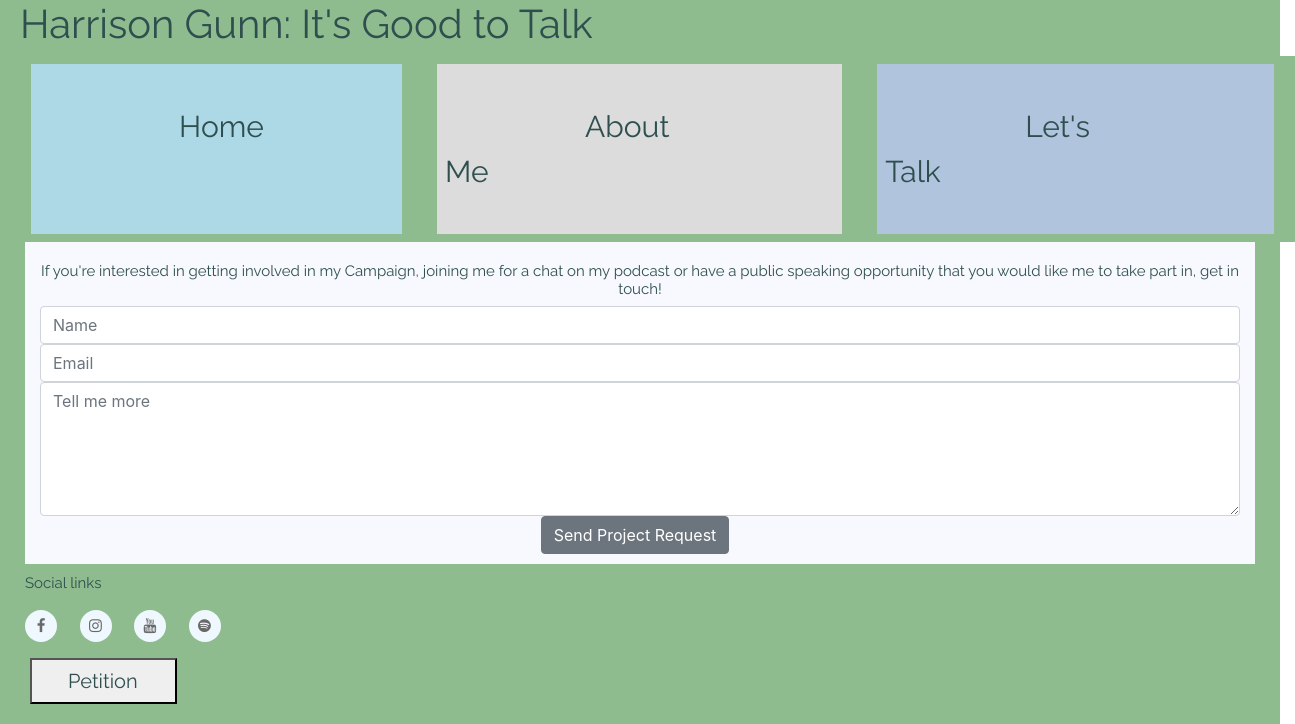
Repository: Leannald13/mile-stone-project-html
Page: contact.html
The author's editor kept a record of every edit. The page is drawn from the files as they stood at one moment, then again after the next edit.
The browser window is 1280 px wide. The page is 1295 px wide, so the pictures cover 1295 px, including what lies to the right of the window. The pictures show the part of the page from y = 500 to 1234 px (the page is 1224 px tall before and 1234 px after).

Above is the page before.

### contact.html
<!DOCTYPE html>
<html lang="en">

<head>
    <meta charset="UTF-8">
    <meta name="viewport" content="width=device-width, initial-scale=1.0">
    <meta http-equiv="X-UA-Compatible" content="ie=edge">
    <link rel="stylesheet" href="https://stackpath.bootstrapcdn.com/bootstrap/4.3.1/css/bootstrap.min.css" type="text/css" />
    <link rel="stylesheet" href="https://cdnjs.cloudflare.com/ajax/libs/hover.css/2.3.1/css/hover-min.css" type="text/css" />
    <link rel="stylesheet" href="https://stackpath.bootstrapcdn.com/font-awesome/4.7.0/css/font-awesome.min.css" type="text/css" />
    <link rel="stylesheet" href="assets/css/style.css" type="text/css" />
    <title>Harrison</title>
</head>

<body>
    <header>
        <div class="row">
            <a href="index.html" class="col-md-12 logo">

            </a>
        </div>

        <div class="container-fluid">
            <div class="row">
                <div class="col-sm-12">
                    <div class="row no-gutters bg-color-name">
                        <div class="col heading">
                            <h1 class="name">Harrison Gunn: It's Good to Talk</h1>
                        </div>
                    </div>
                </div>
                    <nav class="navbar navbar-expand-lg" class="modal" tabindex="-1" role="dialog" id="SignUpModal">
            <button class="navbar-toggler" type="button" data-toggle="collapse" data-target="#navbarSupportedContent" aria-controls="navbarSupportedContent" aria-expanded="false" aria-label="Toggle navigation">
                    <span class="navbar-toggler-icon"></span>
                  </button>
                     <div class="collapse navbar-collapse" id="navbarSupportedContent">
                        <ul class="navbar-nav mr-auto">
                            <li class="nav-item active ui-menu-color-home">
                                <a class="nav-link" href="index.html" class="hvr-Wobble-Horizontal"><span>Home</span></a>
                            </li>
                            <li class="nav-item active ui-menu-color-about">
                                <a class="nav-link" href="general.html" class="hvr-wobble-horizontal"><span>About Me</span></a>
                            </li>
                            <li class="nav-item active ui-menu-color-comments">
                                <a class="nav-link" href="contact.html" class="hvr-wobble-horizontal"><span>Let's Talk</span></a>
                            </li>
                        </ul>
                    </div
                    </nav>
    </header>
    <section class="container-fluid">
        <div class="row bg-color-contact">
            <div class="col">
                <h5 class="uppercase text-center">If you're interested in getting involved in my Campaign, joining me for a chat on my podcast or have a public speaking opportunity that you would like me to take part in, get in touch!</h5>
                <div class="center-form">
                    <form>
                        <form>
                            <input type="text" name="name" id="fullname" class="form-control" placeholder="Name" required/>
                             <input type="email" name="email" id="emailaddress" class="form-control" placeholder="Email" required/>
                             <textarea rows="5" name="summary" id="summary" class="form-control" placeholder="Tell me more" required></textarea>
                            <div class="form-row text-center">
                                <div class="col">
                                    <button type="submit" class="btn btn-secondary">Send Project Request</button>
                                </div>
                            </div>
                        </form>
                    </form>
                </div>
            </div>
        </div>
    <footer>
        <div class="container-fluid">
            <div class="col sm-12">
                <h5 class="uppercase general-sub">Social links</h5>
                <ul class="list-inline social-links">
                    <li class="list-inline-item">
                        <a target="_blank" href="https://www.facebook.com/harrison.gunn.16">
                           <i class="fa fa-facebook" aria-hidden="true"></i>
                           <span class="sr-only">Facebook</span>
                        </a>
                    </li>
                    <li class="list-inline-item">
                        <a target="_blank" href="https://www.instagram.com/harrisongunn_/">
                           <i class="fa fa-instagram" aria-hidden="true"></i>
                           <span class="sr-only">Instagram</span>
                        </a>
                    </li>
                    <li class="list-inline-item">
                        <a target="_blank" href="https://www.youtube.com/channel/UCEPhcVc_ooMeZwhF5X4OEYg">
                           <i class="fa fa-youtube" aria-hidden="true"></i>
                           <span class="sr-only">YouTube</span>
                           </a>
                    </li>
                    <li class="list-inline-item">
                        <a target="_blank" href="spotify:show:1azq4fgMCEafJTPjsGm6tL">
                           <i class="fa fa-spotify" aria-hidden="true"></i>
                           <span class="sr-only">Spotify</span>
                           </a>
                    </li>
            </div>
        </div>
        <button class="list-inline-item-button">
          <a class="navbar-brand" href="https://petition.parliament.uk/petitions/260373">Petition</a>
                        </button>
    </footer>
</body>

</html>

### assets/css/style.css
@import url('https://fonts.googleapis.com/css?family=Raleway&display=swap');


/* -------------------------------------------------------------Heading */

.logo {
    background: url("../images/haribo.jpg");
    background-position: center;
    background-repeat: no-repeat;
    background-size: cover;
    width: 100%;
    height: 500px;
    transition: all .5s;
    display: block;
}

.heading {
    background-color: #8fbc8f !important;
    width: 100%;

}


.bg-color-name {
    font-family: "Raleway", sans-serif;
    color: #2f4f4f;
    text-align: left;
    font-weight: 100;
    width: 100%;

}

.name {
    font-size: 40px;
    padding-left: 20px;
}

/* -------------------------------------------------------------nav bar */


.text-center {
    width: 100%;
}

.container-fluid {
    padding: 0;
    margin: 0;
    width: 100%;
    background-color: #8fbc8f;
}

.nav-link {
    font-size: 30px;
    color: #2f4f4f;
    padding: 40px;

}

.nav-link span {
    padding: 130px;
    text-align: center;
    margin-left: 10px;
}

.nav-item {
    margin-left: 30px;
}


.ui-menu-color-home {
    background-color: #ADD8E6;
    margin-right: 5px;
    font-family: "Raleway", sans-serif;
    color: #2f4f4f;
}

.ui-menu-color-about {
    background-color: #DCDCDC;
    margin-right: 5px;
     font-family: "Raleway", sans-serif;
    color: #2f4f4f;
}

.ui-menu-color-comments {
    background-color: #B0C4DE;
    margin-right: 5px;
    font-family: "Raleway", sans-serif;
    color: #2f4f4f;
}

.navbar-brand {
    padding-left: 30px;
    padding-right: 15px;
    font-family: "Raleway", sans-serif;
    color: #2f4f4f !important;
}


.navbar {
    background-color: #8fbc8f !important;

}



/* -------------------------------------------------------------Section Contact.html */

h5 {
    color: #2f4f4f;
    font-family: "Raleway", sans-serif;
    font-size: 15px;
    font-weight: 400;
    padding-top: 5px;

}

.bg-color-contact {
    background-color: #F8F8FF;
    padding-top: 15px;
    padding-bottom: 10px;
    margin-left: 25px;
    margin-right: 25px;
}

/* -------------------------------------------------------------Section General.html */

/* -------------------------------------------------------------Footer */

footer {
    background-color: #8fbc8f;
    padding-bottom: 20px;
    width: 100%;

}

.social-links li a i {
    width: 32px;
    height: 32px;
    padding-top: 12px;
    border-radius: 50%;
    font-size: 15px;
    line-height: 7px;
    text-align: center;
    color: #696969 !important;
    background: #f0f8ff;
    background-position: center;
    transition: all 0.35s ease-in-out;
}

.general-sub {
    padding-top: 10px;
    color: #2f4f4f;
    padding-left: 10px;
    padding-bottom: 10px;
}

.list-inline-item {
    padding-left: 10px;
}

.fa fa-facebook {
    padding-left: 5px;
}

.list-inline-item-button {
    margin-left: 30px;
}

After the next edit:
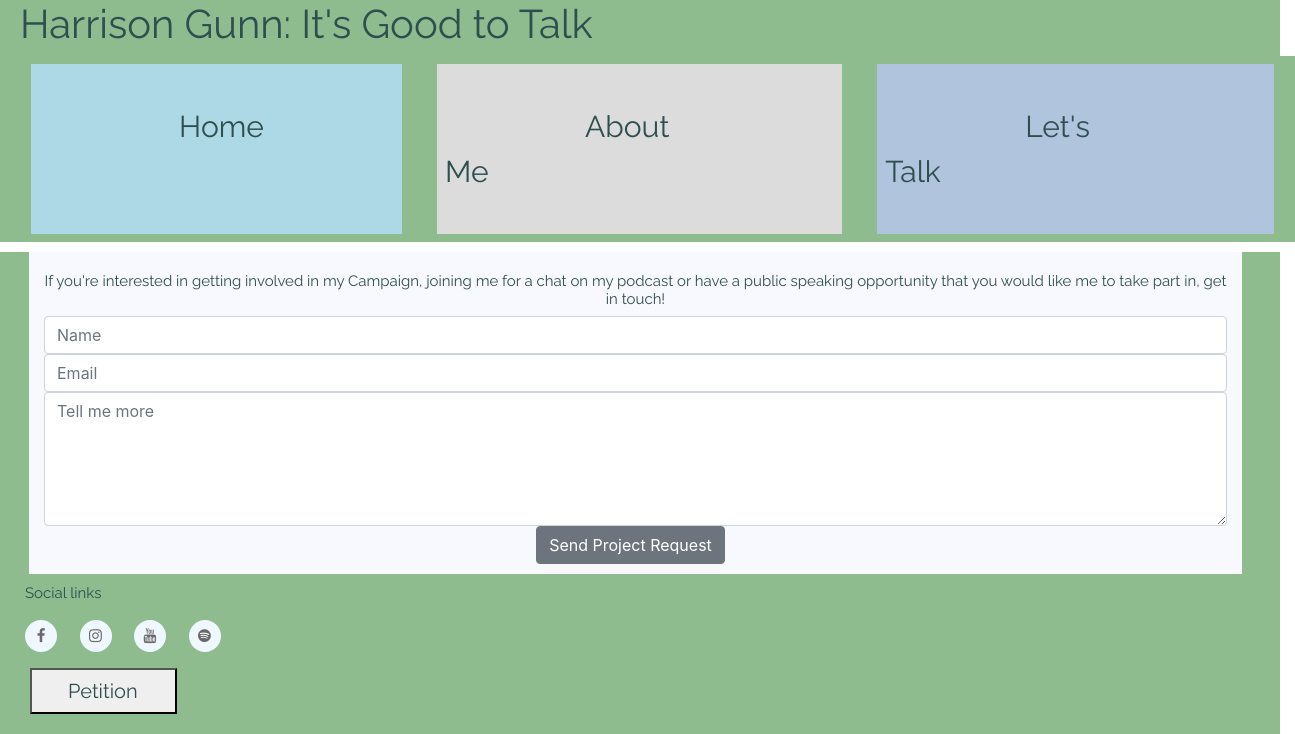
The edit:
--- a/assets/css/style.css
+++ b/assets/css/style.css
@@ -118,8 +118,13 @@
     background-color: #F8F8FF;
     padding-top: 15px;
     padding-bottom: 10px;
-    margin-left: 25px;
-    margin-right: 25px;
+    margin-left: 29px;
+    margin-right: 38px;
+    margin-top: 10px;
+}
+
+.btn btn-secondary {
+    margin-top: 10px;
 }
 
 /* -------------------------------------------------------------Section General.html */
